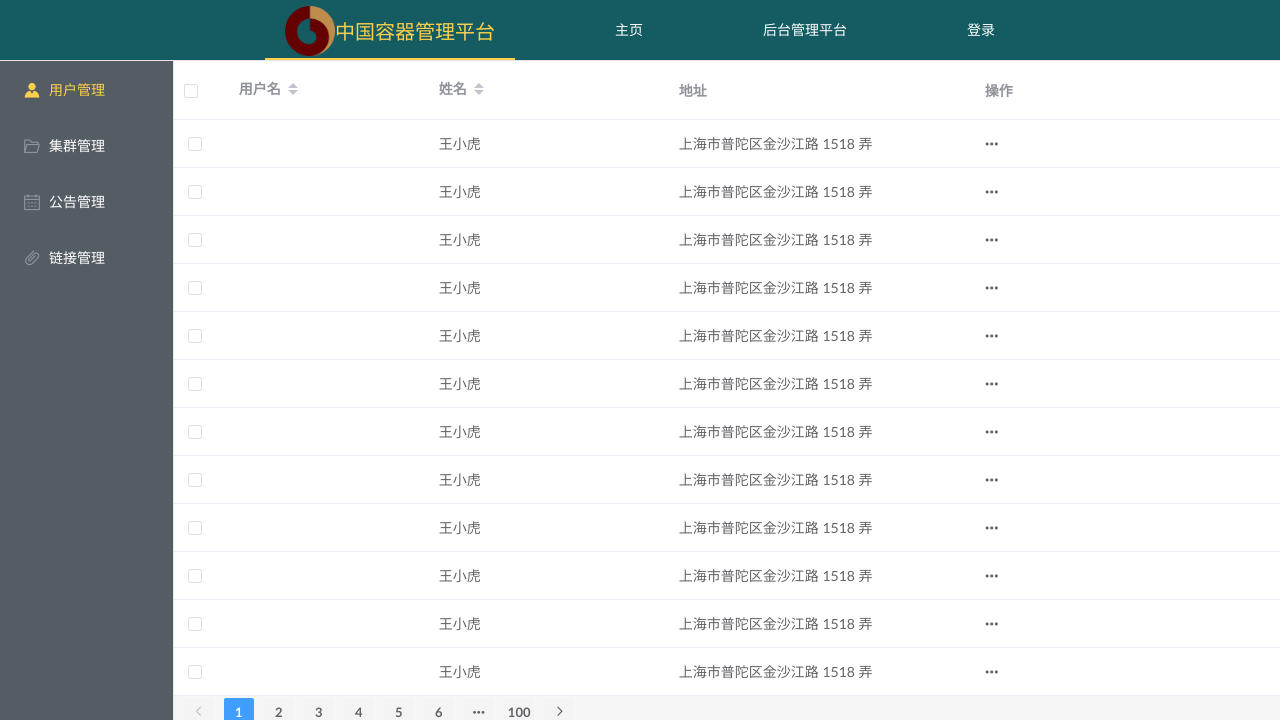
Repository: lei123zhou/zhongjin
Page: /main/management/user
These files come from the project's save history. The page is drawn as it stood at one moment and after a run of saves; the edit follows.
The browser window is 1280 px wide. The pictures show the whole page.
The project was rebuilt for these pictures with package versions that can differ from the ones it lists, and the page was loaded fresh each time. Also part of the build but not shown: vue.config.js.

Above is the page before, as saved 2022-08-29 22:15:59.

After the next 5 saves:
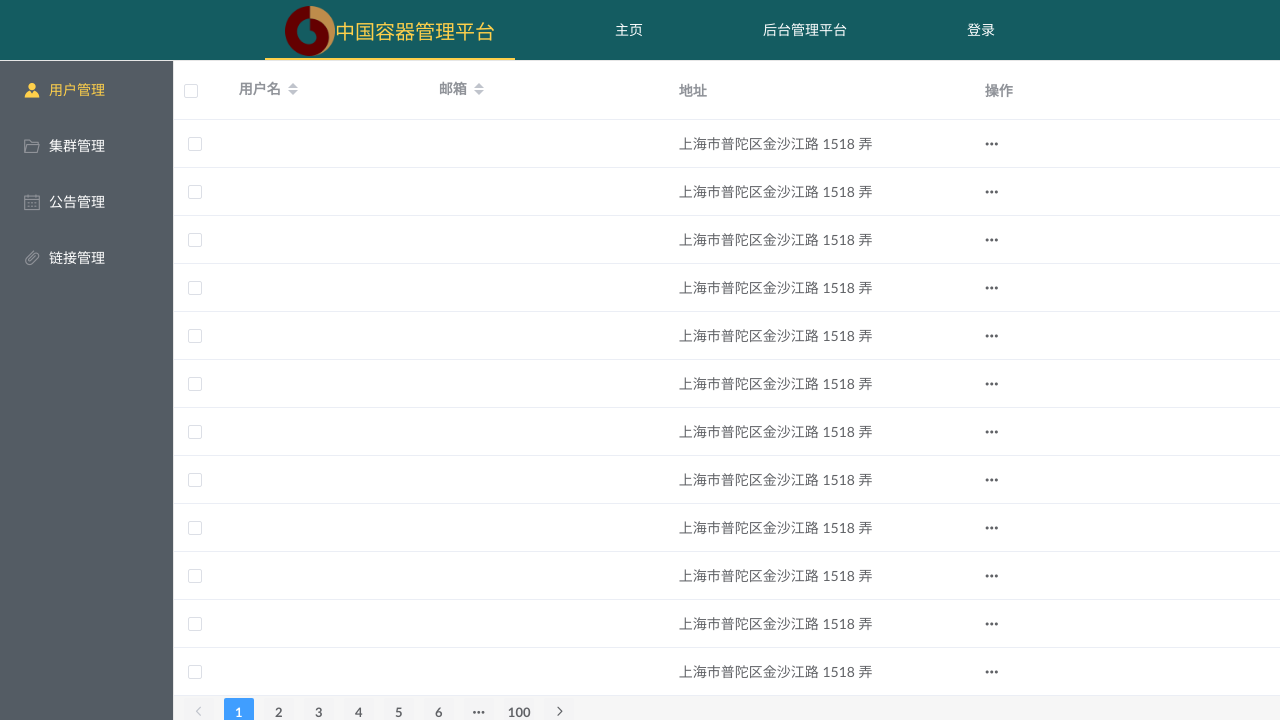
The 5 saves are shown as one change because they came seconds apart.
The last was saved 56 s later.
--- a/src/pages/management/user/UserPage.vue
+++ b/src/pages/management/user/UserPage.vue
@@ -10,7 +10,7 @@
       <el-table-column type="selection" width="55"> </el-table-column>
       <el-table-column prop="username" label="用户名" sortable width="200">
       </el-table-column>
-      <el-table-column prop="name" label="姓名" sortable width="240">
+      <el-table-column prop="email" label="邮箱" sortable width="240">
       </el-table-column>
       <el-table-column prop="address" label="地址" :formatter="formatter">
       </el-table-column>
